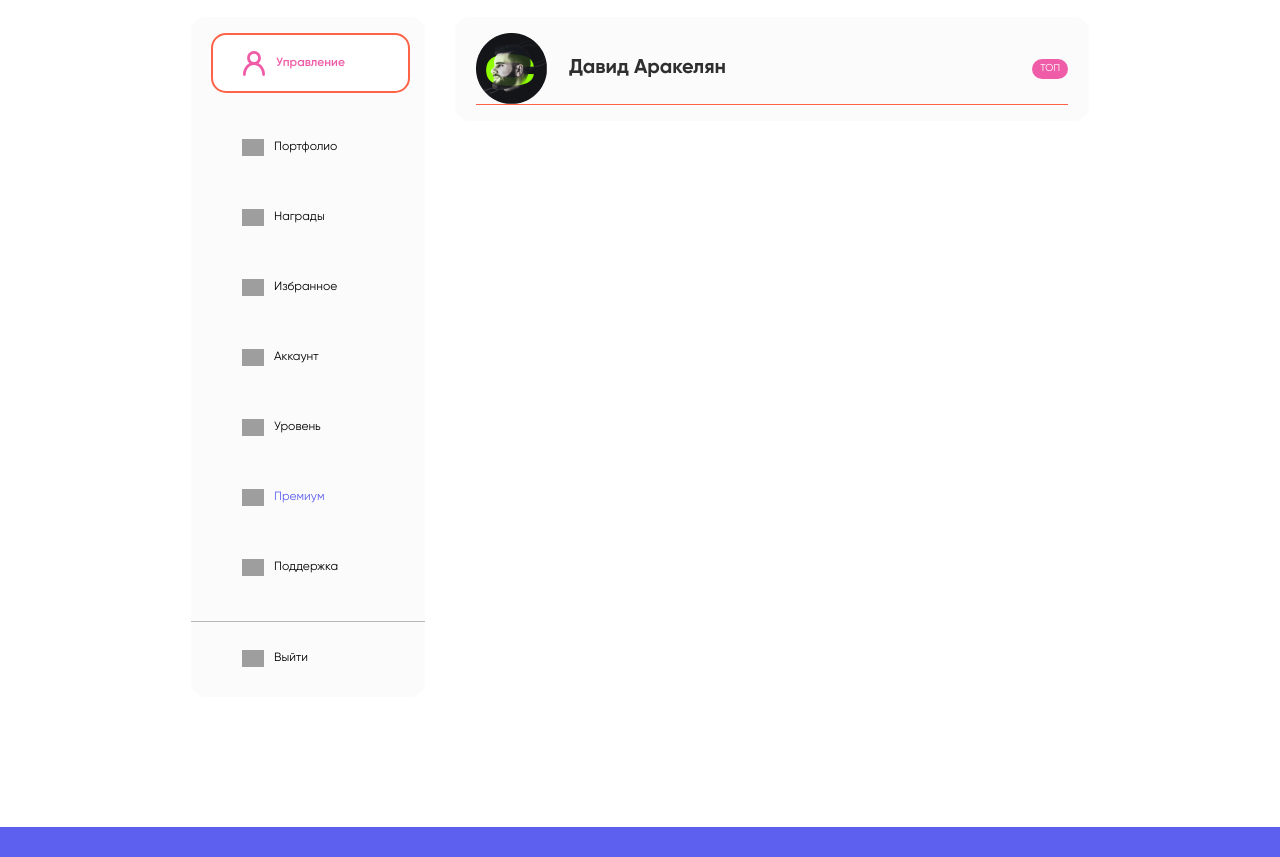
Repository: alexboagreek/selfmade
Page: index.html
An editor plug-in stored every save of this project. The page is shown before and after the next save, followed by the edit.
The browser window is 1280 px wide. The pictures show the part of the page from y = 353 to 1210 px (the page is 1719 px tall).
Pictures or frames that could not be fetched are drawn as grey boxes. A picture or video elsewhere on the page could not be fetched, so the positions and the page height are approximate.

Above is the page before, as saved 2022-12-13 12:38:51.

### index.html
<!DOCTYPE html>
<html lang="ru">
<head>
    <meta charset="UTF-8">
    <meta http-equiv="X-UA-Compatible" content="IE=edge">
    <meta name="viewport" content="width=device-width, initial-scale=1.0">
    <link rel="stylesheet" href="css/style.css">
    <link rel="icon" type="image/png" sizes="64x64" href="assets/icons/favicon.png">
    <link rel="icon" type="image/png" sizes="48x48" href="assets/icons/favicon_48.png">
    <title>Selfmade</title>
</head>
<body>
    <header class="header">
        <div class="header__container">
            <h1 class="visually-hidden">Selfmade...</h1>
            <div class="header__box">
                <div class="header__logo">
                    <a href="/"><img src="./assets/icons/header_logo.svg" alt="Логотип Selfmade"></a>
                </div>
                <div class="header__login">
                    <div class="header__alarm">
                        <img class="header__alarm_icon" src="assets/icons/bell.svg" alt="authorization bell">
                    </div>
                    <p class="user__name">Аракелян Д.</p>
                    <div class="user__login">
                        <img src="assets/icons/user_icon.svg" alt="user icon">
                    </div>
                </div>

            </div>

        </div>
    </header>

    <main class="main main__container">
        <div class="sidebar">
            <ul class="menu__list">
                <li class="menu__list_item menu__list_item_fix">
                    <button class="menu__list_button menu__button_control control__text">Управление</button>
                </li>
                <li class="menu__list_item list_item_fix">
                    <button class="menu__list_button menu__button_portfolio">Портфолио</button>
                </li>
                <li class="menu__list_item list_item_fix">
                    <button class="menu__list_button menu__button_star">Награды</button>
                </li>
                <li class="menu__list_item list_item_fix">
                    <button class="menu__list_button menu__button_like">Избранное</button>
                </li>
                <li class="menu__list_item list_item_fix">
                    <button class="menu__list_button menu__button_settings">Аккаунт</button>
                </li>
                <li class="menu__list_item list_item_fix">
                    <button class="menu__list_button menu__button_level">Уровень</button>
                </li>
                <li class="menu__list_item list_item_fix">
                    <button class="menu__list_button menu__button_premium menu__button_active">Премиум</button>
                </li>
                <li class="menu__list_item item__border list_item_fix">
                    <button class="menu__list_button menu__button_helper">Поддержка</button>
                </li>
                <li class="menu__list_item list_item_fix menu__line">
                    <button class="menu__list_button menu__button_exit">Выйти</button>
                </li>
            </ul>
        </div>
        <div class="content">
            <section class="interface">
                <div class="interface__box">
                    <div class="interface__box_header intre">
                        <div class="user__info">
                            <img src="assets/img/interface.png" alt="Логотип интерфейса юзера | user interface logo" class="interface__img">
                            <p class="interface__text">Давид Аракелян</p>
                        </div>
                        <div class="interface__rating">Топ</div>
                    </div>
                </div>
            </section>
        </div>
    </main>

  <footer class="footer">
    <div class="footer__container">
        <div class="footer__box">
            <img src="./assets/icons/footer_logo.svg" alt="Логотип Selfmade">
            <div class="footer__social">
                <ul class="footer__social_list">
                    <li class="footer__social_list_item">
                        <svg width="15" height="14" viewbox="0 0 15 14" fill="none" xmlns="http://www.w3.org/2000/svg">
                            <path d="M0.911243 6.87875L4.18677 8.10128L5.45459 12.1786C5.53572 12.4397 5.85504 12.5363 6.067 12.363L7.89283 10.8745C8.08421 10.7186 8.35682 10.7108 8.55683 10.856L11.85 13.2469C12.0767 13.4117 12.3979 13.2875 12.4548 13.0135L14.8672 1.40935C14.9293 1.11007 14.6352 0.860402 14.3502 0.970619L0.907405 6.15646C0.575664 6.2844 0.578554 6.75408 0.911243 6.87875ZM5.25027 7.4505L11.6519 3.50775C11.7669 3.43709 11.8853 3.59266 11.7865 3.6843L6.50332 8.59526C6.31761 8.76813 6.19783 8.99946 6.1639 9.25055L5.98393 10.5842C5.9601 10.7623 5.70995 10.78 5.66081 10.6077L4.96866 8.17563C4.88939 7.89823 5.00491 7.60194 5.25027 7.4505Z" fill="#5D5FEF"/>
                        </svg>
                    </li>
                    <li class="footer__social_list_item">
                        <svg width="15" height="15" viewbox="0 0 15 15" fill="none" xmlns="http://www.w3.org/2000/svg">
                            <path fill-rule="evenodd" clip-rule="evenodd" d="M4.90509 0.6828C2.54568 0.6828 0.632996 2.59548 0.632996 4.9549V10.295C0.632996 12.6544 2.54568 14.5671 4.90509 14.5671H10.2452C12.6046 14.5671 14.5173 12.6544 14.5173 10.295V4.9549C14.5173 2.59548 12.6046 0.6828 10.2452 0.6828H4.90509ZM7.57515 3.88687C5.51067 3.88687 3.83707 5.56047 3.83707 7.62496C3.83707 9.68944 5.51067 11.363 7.57515 11.363C9.63964 11.363 11.3132 9.68944 11.3132 7.62496C11.3132 5.56047 9.63964 3.88687 7.57515 3.88687ZM11.5421 4.64975C12.0898 4.64975 12.5338 4.20573 12.5338 3.65801C12.5338 3.11029 12.0898 2.66627 11.5421 2.66627C10.9944 2.66627 10.5504 3.11029 10.5504 3.65801C10.5504 4.20573 10.9944 4.64975 11.5421 4.64975Z" fill="#5D5FEF"/>
                        </svg>
                    </li>
                    <li class="footer__social_list_item">
                        <svg width="16" height="9" viewbox="0 0 16 9" fill="none" xmlns="http://www.w3.org/2000/svg">
                            <path d="M12.9479 4.91454C12.7006 4.61918 12.7714 4.48778 12.9479 4.22376C12.9511 4.22075 14.9925 1.55289 15.2028 0.648132L15.2041 0.647529C15.3086 0.317814 15.2041 0.0755005 14.6987 0.0755005H13.0263C12.6006 0.0755005 12.4043 0.283456 12.2991 0.516125C12.2991 0.516125 11.4477 2.44378 10.2431 3.69332C9.85434 4.05438 9.67462 4.17012 9.46239 4.17012C9.35787 4.17012 9.19535 4.05438 9.19535 3.72467V0.647529C9.19535 0.252112 9.07617 0.0755005 8.72373 0.0755005H6.09412C5.82709 0.0755005 5.66839 0.259948 5.66839 0.431737C5.66839 0.80666 6.27066 0.892856 6.33312 1.9477V4.23642C6.33312 4.73792 6.23689 4.83015 6.02338 4.83015C5.45489 4.83015 4.07508 2.89465 3.25739 0.679476C3.09232 0.249701 2.93108 0.0761032 2.50216 0.0761032H0.829178C0.351821 0.0761032 0.255585 0.284059 0.255585 0.516728C0.255585 0.927817 0.824079 2.97181 2.89921 5.67222C4.28221 7.51549 6.22988 8.51428 8.00164 8.51428C9.06661 8.51428 9.19663 8.29246 9.19663 7.91091C9.19663 6.14961 9.10039 5.98325 9.63383 5.98325C9.88111 5.98325 10.3068 6.09898 11.3011 6.98806C12.4374 8.04231 12.6242 8.51428 13.2602 8.51428H14.9326C15.4093 8.51428 15.6508 8.29246 15.5119 7.85485C15.1939 6.93442 13.0448 5.04112 12.9479 4.91454V4.91454Z" fill="#5D5FEF"/>
                        </svg>
                    </li>
                    <li class="footer__social_list_item">
                        <svg width="7" height="14" viewbox="0 0 7 14" fill="none" xmlns="http://www.w3.org/2000/svg">
                            <path d="M5.1126 2.93661H6.8285V0.446777H4.81141V0.455757C2.36736 0.540786 1.86645 1.89031 1.8223 3.30771H1.81727V4.55101H0.153015V6.9893H1.81727V13.5253H4.3254V6.9893H6.37996L6.77685 4.55101H4.32622V3.79984C4.32622 3.32082 4.65072 2.93661 5.1126 2.93661Z" fill="#5D5FEF"/>
                        </svg>
                    </li>
                </ul>
            </div>
        </div>
        <div class="footer__services">
            <ul class="services__list">
                <li class="services__list_item">Как работает сервис?</li>
                <li class="services__list_item">Советы от SELFMADE</li>
                <li class="services__list_item">Пользовательское соглашение</li>
                <li class="services__list_item">Почему SELFMADE</li>
                <li class="services__list_item">Помощь и поддержка</li>
            </ul>
        </div>
    </div>
    <div class="footer__copyright">
        <ul class="footer__copyright_list">
            <li class="footer__copyright_list_item footer__copy_text">© SELFMADE.TEAM 2022</li>
            <li class="footer__copyright_list_item footer__copy_text-info">ИНН 431207720494 / ОГРНИП 320508100324371</li>
            <li class="footer__copyright_list_item">
                <a class="footer__copyright_link" href="#">Политика конфиденциальности</a>
            </li>
        </ul>
    </div>

  </footer>
</body>
</html>

### css/style.css
@import 'normalize.css';
@import 'fonts.css';
@import 'default.css';
@import 'header.css';
@import 'sidebar.css';
@import 'interface.css';
@import 'footer.css';

### css/fonts.css
@font-face {
    font-family: Gilroy;
    src: url(../assets/fonts/Gilroy-Regular.woff2) format('woff2'),
    url(../assets/fonts/Gilroy-Regular.woff) format('woff');
    font-weight: 400;
}

@font-face {
    font-family: Gilroy;
    src: url(../assets/fonts/Gilroy-Semibold.woff2) format('woff2'),
    url(../assets/fonts/Gilroy-Semibold.woff) format('woff');
    font-weight: 500;
}

@font-face {
    font-family: Gilroy;
    src: url(../assets/fonts/Gilroy-Bold.woff2) format('woff2'),
    url(../assets/fonts/Gilroy-Bold.woff) format('woff');
    font-weight: 600;
}

### css/default.css
:root {
    --color-control-text:#EF5DA8;
    --color-menu: #F0F0F0;
    --color-menu-active: #5D5FEF;
    --color-alarm: #EF5DA8;
    --color-main: #FBFBFB;
    --footer-color-main: #5D5FEF;
    --footer-color-copyright: #5556D3;
    --footer-social-color: #FFFFFF;
    --footer-copyright-link: #B6B6B6;
}

html {
  overflow-x: hidden;
  position: relative;
  box-sizing: border-box;
}

*,
*::before,
*::after {
  box-sizing: inherit;
}

body {
  display: flex;
  flex-direction: column;
  min-width: 320px;
  height: 100%;
  font-family: Gilroy, sans-serif;
  background-color: #FFFFFF;
  font-size: 16px;
  overflow-x: hidden;
  position: relative;
}

img,
svg {
  max-width: 100%;
  max-height: 100%;
  height: auto;
}

button {
  padding: 0;
  cursor: pointer;
  border: none;
  background-color: transparent;
}

a {
  text-decoration: none;
  color: inherit;
}

ul {
  list-style: none;
  padding: 0;
  margin: 0;
}

h1,
h2,
h3,
p,
figure,
fieldset {
  margin: 0;
}

iframe {
  border: none;
}

fieldset {
  padding: 0;
  border: 0;
}

.visually-hidden {
  position: fixed;
  transform: scale(0);
}

.container {
    max-width: 1400px;
    padding: 0 100px;
    margin: 0 auto;
}

### css/header.css
.header {
    padding-top: 28px;
    padding-bottom: 37px;
    flex: 0 0 auto;
    background-color: #FFFFFF;
}

.header__box {
    display: flex;
    justify-content: space-between;
    align-items: center;
}

.header__container {
    max-width: 1500px;
    margin: 0 auto;
    padding: 0 100px;
}

.header__alarm {
    position: relative;
    margin-right: 11px;
}

.header__alarm::after {
    position: absolute;
    top: 0;
    content: '';
    width: 5px;
    height: 5px;
    background-color: var(--color-alarm);
    border-radius: 50%;
}
.user__name {
    margin-right: 6px;
}

.header__login {
    display: flex;
    align-items: center;
}

.user__login {
    cursor: pointer;
}

.services__list_item {
    cursor: pointer;
}

### css/sidebar.css
.main {
    display: flex;
}

.main__container {
    max-width: 1200px;
    margin: 0 auto;
}

.sidebar {
    display: flex;
    justify-content: center;
    width: 234px;
    border-radius: 15px;
    background-color: var(--color-main);
    margin-bottom: 130px;
    margin-right: 30px;
}

.menu__list_button {
    font-size: 12px;
    line-height: 16px;
    padding: 7px 8px 7px 40px;
    background-size: 22px;
    background-position: 8px center;
    background-repeat: no-repeat;
    border-radius: 50px;
    border: 1px solid transparent;
    white-space: nowrap;
    outline: none;
    margin-bottom: 38px;
}

.menu__list_item_fix {
    display: flex;
    padding-left: 20px;
    align-items: flex-start;
}

.menu__button_active {
    color: var(--color-menu-active);
}

.menu__button_control {
    width: 199px;
    margin-top: 16px;
    border-radius: 15px;
    border: 2px solid tomato;
    padding: 20px;
    background-color: #FFFFFF;
    background-image: url('../assets/icons/user__icon.svg');
    background-position: calc(30px);
}

.control__text {
    font-weight: 500;
    color: var(--color-control-text);
}

.menu__button_portfolio {
    background-image: url('../assets/icons/portfolio_icon.svg');
}
.menu__button_star {
    background-image: url('../assets/icons/star_icon.svg');
}

.menu__button_like {
    background-image: url('../assets/icons/like_icon.svg');
}
.menu__button_settings {
    background-image: url('../assets/icons/settings_icon.svg');
}
.menu__button_level {
    background-image: url('../assets/icons/level_icon.svg');
}
.menu__button_premium {
    background-image: url('../assets/icons/premium_icon.svg');
}

.menu__button_helper {
    background-image: url('../assets/icons/helper_icon.svg');
}

.menu__line {
    width: 234px;
    border-top: 1px solid var(--footer-copyright-link);
}
.menu__button_exit {
    background-image: url('../assets/icons/exit_icon.svg');
    margin-top: 20px;
    margin-bottom: 23px;
}

.list_item_fix {
    padding-left: 42px;
}

### css/interface.css
.interface__box {
    border-radius: 15px;
    padding: 16px 21px;
    width: 634px;
    background-color: var(--color-main);
}
.interface__box_header {
    display: flex;
    justify-content: space-between;
    align-items: center;
    border-bottom: 1px solid tomato;
}
.user__info {
    display: flex;
    align-items: center;
}

.interface__text {
    font-weight: 700;
    font-size: 20px;
    margin-left: 22px;
    line-height: 1.06;
    color: #2F2F2F;
}

.interface__rating {
    padding: 4px 8px;
    border-radius: 47px;
    color: #FFFFFF;
    background-color: var( --color-control-text);
    font-size: 10px;
    text-transform: uppercase;
}

.interface__line {
    width: 234px;
    border-bottom: 1px solid var(--footer-copyright-link);
}

### css/footer.css
.footer {
    flex: 0 0 auto;
}

.footer__container {
    padding: 50px 140px 0px 140px;
    background-color: var(--footer-color-main);
}

.footer__box {
    display: flex;
    justify-content: space-between;
    background-color: var(--footer-color-main);
    margin-bottom: 50px;
}

.footer__social_list_item {
    display: flex;
    align-items: center;
    justify-content: center;
    width: 29px;
    height: 29px;
    background-color: var(--footer-social-color);
    border-radius: 50%;
    margin-right: 19px;
    cursor: pointer;
}

.footer__social_list_item:last-child {
    margin-right: 0;
}

.footer__social_list {
    display: flex;
}

.footer__services {
    padding-bottom: 41px;
}

.services__list {
    display: flex;
    justify-content: space-between;
}
.services__list_item {
    font-size: 16px;
    font-weight: 500;
    color: var(--footer-social-color);
}

.footer__copyright {
    padding: 30px 140px;
    border-top: 1px solid #FFFFFF;
    background-color: var(--footer-color-copyright);
}

.footer__copyright_list {
    display: flex;
    justify-content: space-between;
}

.footer__copy_text {
    font-weight: 500;
    line-height: 16px;
    color: var(--footer-social-color);
}

.footer__copy_text-info {
    font-weight: 400;
    color: var(--footer-social-color);
}
.footer__copyright_link {
    color: var(--footer-copyright-link);
}

Loaded but not shown: css/normalize.css (library)

After the next save:
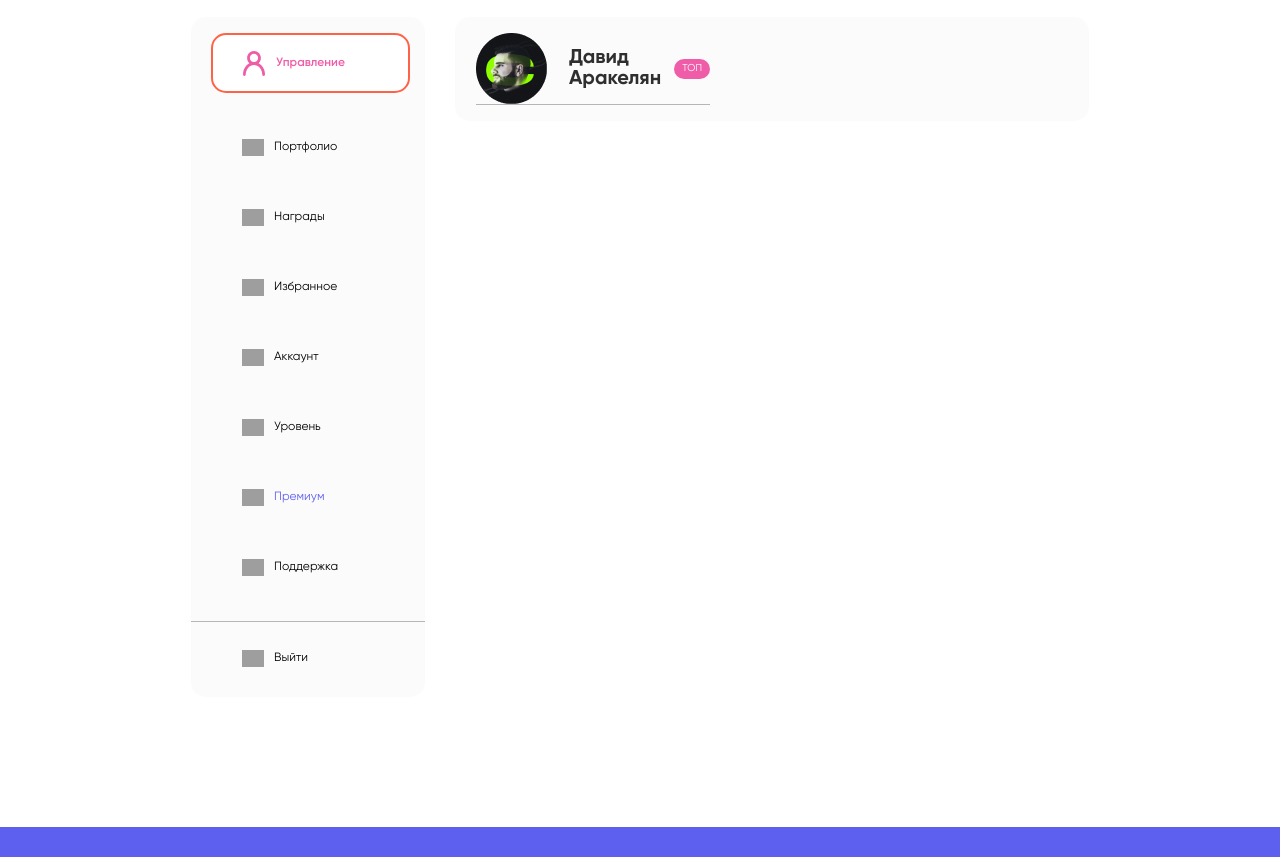
Saved 6 s later.
--- a/index.html
+++ b/index.html
@@ -67,7 +67,7 @@
         <div class="content">
             <section class="interface">
                 <div class="interface__box">
-                    <div class="interface__box_header intre">
+                    <div class="interface__box_header interface__line">
                         <div class="user__info">
                             <img src="assets/img/interface.png" alt="Логотип интерфейса юзера | user interface logo" class="interface__img">
                             <p class="interface__text">Давид Аракелян</p>
